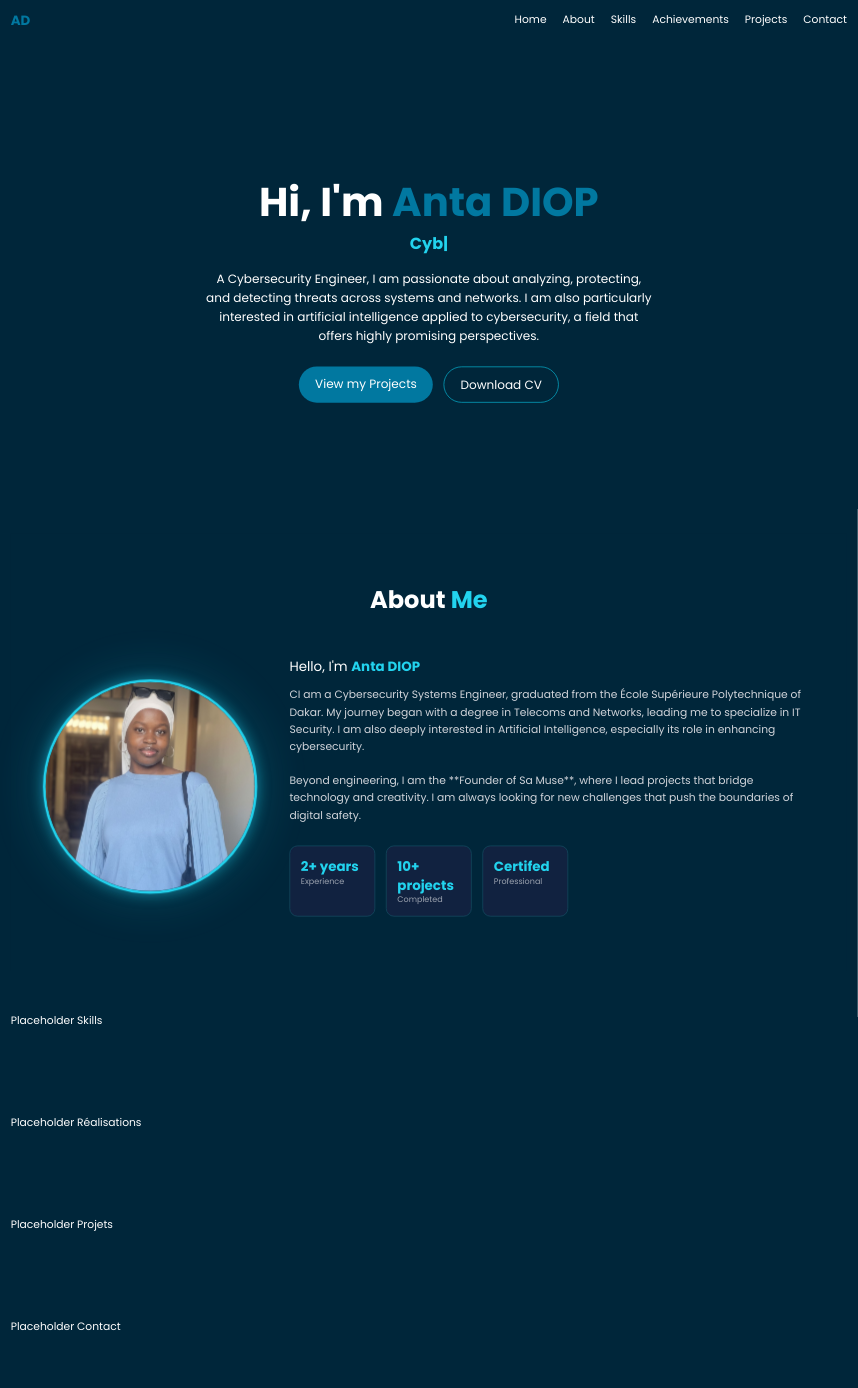
Repository: AntaaaKD/Mon-Portfolio
Page: /
An editor plug-in stored every save of this project. The page is shown before and after the next save, followed by the edit.
The browser window is 1280 px wide. The pictures show the whole page, at 67% of full size.
The project was rebuilt for these pictures with package versions that can differ from the ones it lists, and the page was loaded fresh each time.

Above is the page before, as saved 2026-01-14 22:53:31.

After the next save:
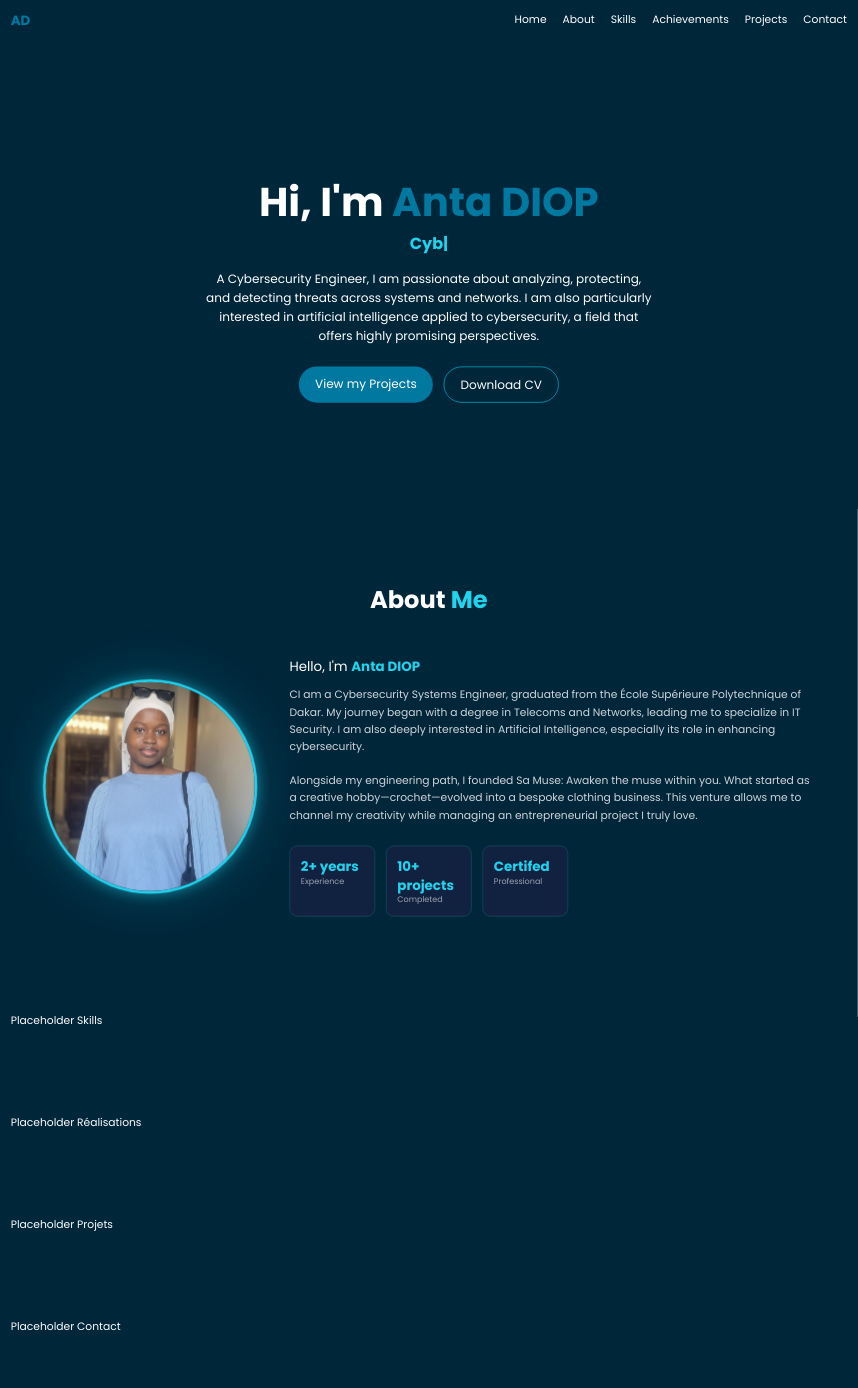
Saved 23 s later.
--- a/src/components/About.jsx
+++ b/src/components/About.jsx
@@ -34,9 +34,7 @@ const About = () => {
               I am also deeply interested in Artificial Intelligence, especially its role in enhancing cybersecurity.
             </p>
             <p className="text-gray-300 mb-8 leading-relaxed">
-              Beyond engineering, I am the **Founder of Sa Muse**, where I lead projects that
-              bridge technology and creativity. I am always looking for new challenges that
-              push the boundaries of digital safety.
+              Alongside my engineering path, I founded Sa Muse: Awaken the muse within you. What started as a creative hobby—crochet—evolved into a bespoke clothing business. This venture allows me to channel my creativity while managing an entrepreneurial project I truly love.
             </p>
 
             {/* Cartes de statistiques (comme sur le modèle) */}
